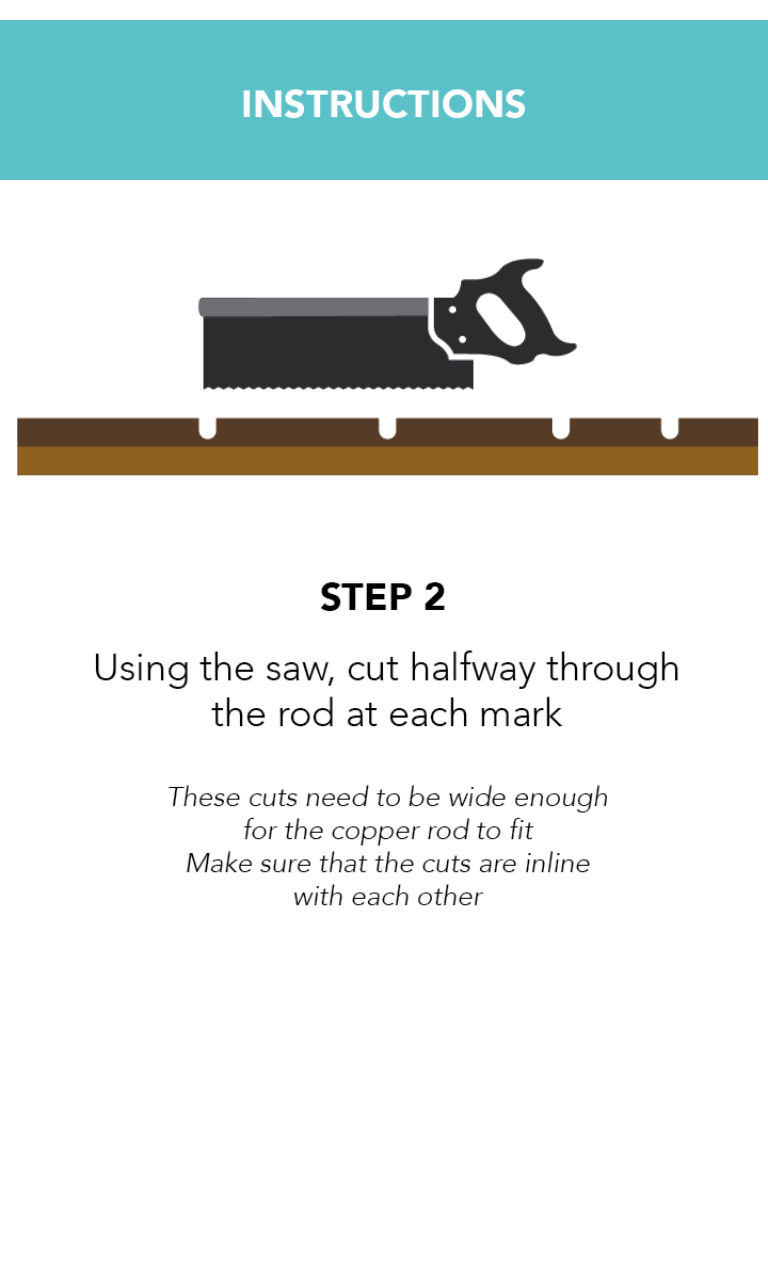
Repository: sbobhate/Android-Applications
Layout: EWBProject/res/layout/fragment_page3.xml
An editor plug-in stored every save of this project. The layout is shown before and after the next save, followed by the edit.
It is drawn on a 768 x 1280 px phone screen (xhdpi) without system bars, with theme AppTheme; the app's code is not run.

Above is the layout before, as saved 2014-02-21 22:07:38.

### EWBProject/res/layout/fragment_page3.xml
<?xml version="1.0" encoding="utf-8"?>
<RelativeLayout xmlns:android="http://schemas.android.com/apk/res/android"
    android:layout_width="match_parent"
    android:layout_height="match_parent" >

    <ImageView
        android:id="@+id/instructions3"
        android:src="@drawable/instructions"
        android:contentDescription="@string/instructions"
        android:layout_width="fill_parent"
        android:layout_height="wrap_content"
        />

    <ImageView
        android:id="@+id/step2"
        android:src="@drawable/step2"
        android:contentDescription="@string/step2"
        android:layout_width="fill_parent"
        android:layout_height="wrap_content"
        android:layout_below="@+id/instructions3"
        />

    <ImageView
        android:id="@+id/step2Tutorial"
        android:src="@drawable/step2tutorial"
        android:contentDescription="@string/step2_tutorial"
        android:layout_width="fill_parent"
        android:layout_height="wrap_content"
        android:layout_below="@+id/step2"
        />

</RelativeLayout>

### EWBProject/res/values-v14/styles.xml
<resources>

    <!--
        Base application theme for API 14+. This theme completely replaces
        AppBaseTheme from BOTH res/values/styles.xml and
        res/values-v11/styles.xml on API 14+ devices.
    -->
    <style name="AppBaseTheme" parent="@android:style/Theme.Holo.Light.NoActionBar.Fullscreen">
        <!-- API 14 theme customizations can go here. -->
    </style>

</resources>

### EWBProject/res/values/strings.xml
<?xml version="1.0" encoding="utf-8"?>
<resources>

    <string name="app_name">EWB Project</string>
    <string name="action_settings">Settings</string>
    <string name="hello_world">Hello world!</string>
    <string name="home_header">Home Header</string>
    <string name="instructions">Instructions</string>
    <string name="reader">Reader</string>
    <string name="home_footer">Footer</string>
    <string name="title_activity_about_us">About Us</string>
    <string name="title_activity_instructions">Instructions</string>
    <string name="materials">Materials</string>
    <string name="hello_blank_fragment">Hello blank fragment</string>
    <string name="step1">Step 1</string>
    <string name="step2">Step 2</string>
    <string name="step3">Step 3</string>
    <string name="step1_tutorial">Step 1 Tutorial</string>
    <string name="step2_tutorial">Step 2 Tutorial</string>
    <string name="step3_tutorial">Step 2 Tutorial</string>
    <string name="blueprint">Blueprint</string>
    <string name="title_activity_reader">Reader</string>
    <string name="title_activity_cdma_visual">CdmaVisual</string>
    <string name="signal_quality">Signal Quality</string>
    <string name="cdma_title">What is CDMA ?</string>
    <string name="description">Code division multiple access (CDMA) is a channel access method used by various radio communication technologies.
CDMA is an example of multiple access, which is where several transmitters can send information simultaneously over a single communication channel. This allows several users to share a band of frequencies (see bandwidth). To permit this to be achieved without undue interference between the users CDMA employs spread-spectrum technology and a special coding scheme (where each transmitter is assigned a code).
CDMA is used as the access method in many mobile phone standards such as cdmaOne, CDMA2000 (the 3G evolution of cdmaOne), and WCDMA (the 3G standard used by GSM carriers), which are often referred to as simply CDMA.</string>

</resources>

Loaded but not shown: EWBProject/res/values/styles.xml (common file); EWBProject/res/values-v11/styles.xml (common file)

After the next save:
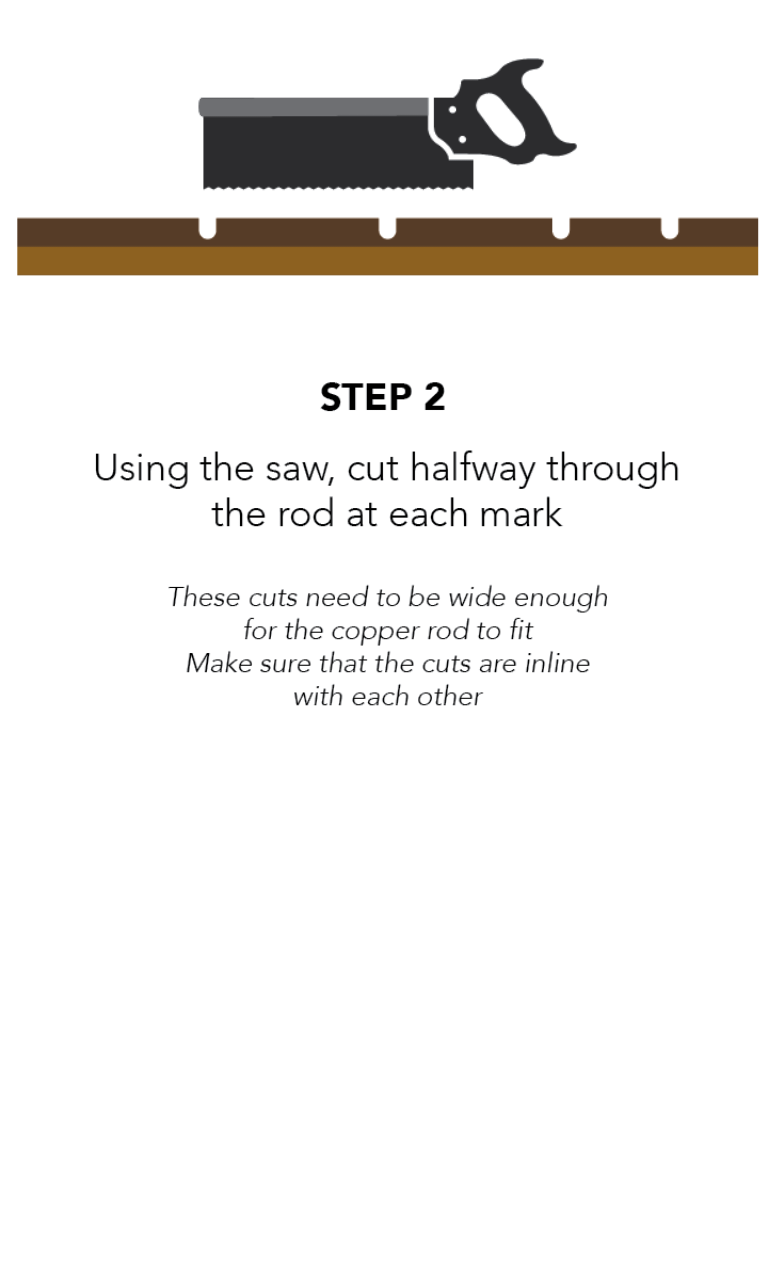
Saved 79 s later.
--- a/EWBProject/res/layout/fragment_page3.xml
+++ b/EWBProject/res/layout/fragment_page3.xml
@@ -2,14 +2,6 @@
 <RelativeLayout xmlns:android="http://schemas.android.com/apk/res/android"
     android:layout_width="match_parent"
     android:layout_height="match_parent" >
-
-    <ImageView
-        android:id="@+id/instructions3"
-        android:src="@drawable/instructions"
-        android:contentDescription="@string/instructions"
-        android:layout_width="fill_parent"
-        android:layout_height="wrap_content"
-        />
 
     <ImageView
         android:id="@+id/step2"
